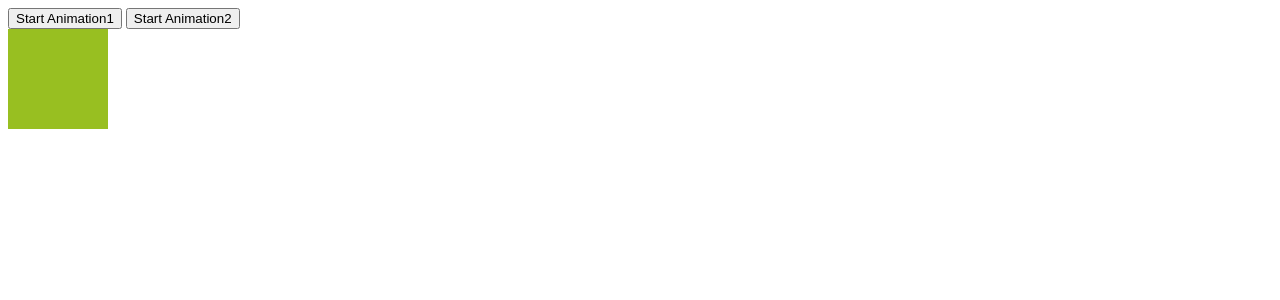
Repository: sudheerj/jQuery
Page: jQueryExamples/chapter04/Callback.html
An editor plug-in stored every save of this project. The page is shown before and after the next save, followed by the edit.
The browser window is 1280 px wide. The pictures show the whole page.

Above is the page before, as saved 2016-10-20 17:58:45.

After the next save:
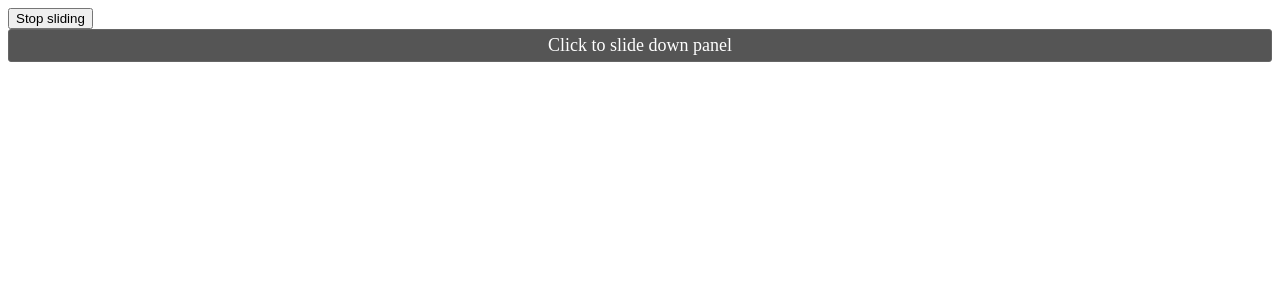
Console error: SyntaxError: Unexpected token '<'
Saved 4 min 3 s later.
--- a/jQueryExamples/chapter04/Callback.html
+++ b/jQueryExamples/chapter04/Callback.html
@@ -3,31 +3,40 @@
 	<title>jQuery Show/Hide example</title>
 	<script type="text/javascript" src="..\jquery\jquery-3.1.1.min.js"></script>
 	<script>
+<script>
 $(document).ready(function(){
-	 $("#button1").click(function(){
-        $("#div1").animate({
-            left: '250px',
-            height: '+=150px',
-            width: '+=150px'
-        });
+    $("#flip").click(function(){
+        $("#panel").slideDown(5000);
     });
-
-    $("#button2").click(function(){
-        var div = $("#div2");
-        div.animate({height: '300px', opacity: '0.4'}, "slow");
-        div.animate({width: '300px', opacity: '0.8'}, "slow");
-        div.animate({height: '100px', opacity: '0.4'}, "slow");
-        div.animate({width: '100px', opacity: '0.8'}, "slow");
+    $("#stop").click(function(){
+        $("#panel").stop();
     });
 });
 </script>
+
+<style>
+#panel, #flip {
+    padding: 5px;
+    font-size: 18px;
+    text-align: center;
+    background-color: #555;
+    color: white;
+    border: solid 1px #666;
+    border-radius: 3px;
+}
+
+#panel {
+    padding: 50px;
+    display: none;
+}
+</style>
 </head>
 <body>
 
-<button id="button1">Start Animation1</button>
-<button id="button2">Start Animation2</button>
+<button id="stop">Stop sliding</button>
 
-<div id="div1" style="background:#98bf21;height:100px;width:100px;position:absolute;"></div>
-<div id="div2" style="background:#98bf21;height:100px;width:100px;position:absolute;"></div>
+<div id="flip">Click to slide down panel</div>
+<div id="panel">Hello world!</div>
+
 </body>
 </html>

After the 4 saves that followed:
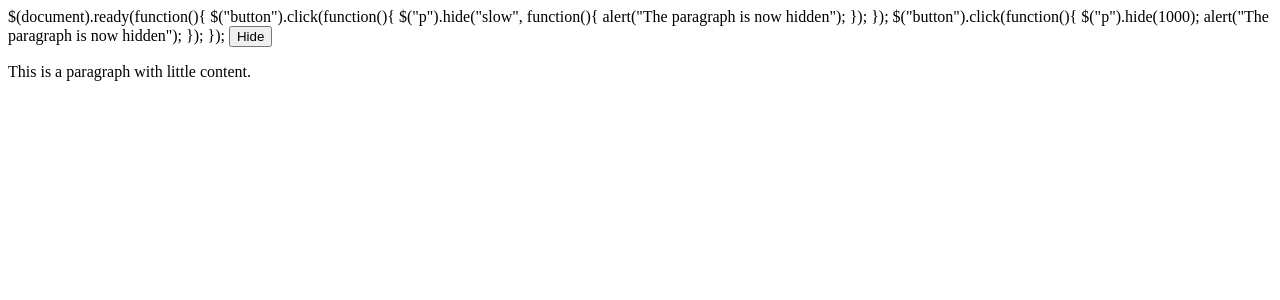
The error is gone.
The 4 saves are shown as one change because 3 left the picture as it was.
The last was saved 4 min 12 s later.
--- a/jQueryExamples/chapter04/Callback.html
+++ b/jQueryExamples/chapter04/Callback.html
@@ -2,41 +2,25 @@
 <head>
 	<title>jQuery Show/Hide example</title>
 	<script type="text/javascript" src="..\jquery\jquery-3.1.1.min.js"></script>
-	<script>
-<script>
-$(document).ready(function(){
-    $("#flip").click(function(){
-        $("#panel").slideDown(5000);
+	$(document).ready(function(){
+    $("button").click(function(){
+        $("p").hide("slow", function(){
+            alert("The paragraph is now hidden");
+        });
     });
-    $("#stop").click(function(){
-        $("#panel").stop();
+
+    $("button").click(function(){
+        $("p").hide(1000);
+        alert("The paragraph is now hidden");
     });
 });
 </script>
-
-<style>
-#panel, #flip {
-    padding: 5px;
-    font-size: 18px;
-    text-align: center;
-    background-color: #555;
-    color: white;
-    border: solid 1px #666;
-    border-radius: 3px;
-}
-
-#panel {
-    padding: 50px;
-    display: none;
-}
-</style>
 </head>
 <body>
 
-<button id="stop">Stop sliding</button>
+<button>Hide</button>
 
-<div id="flip">Click to slide down panel</div>
-<div id="panel">Hello world!</div>
+<p>This is a paragraph with little content.</p>
 
 </body>
 </html>
